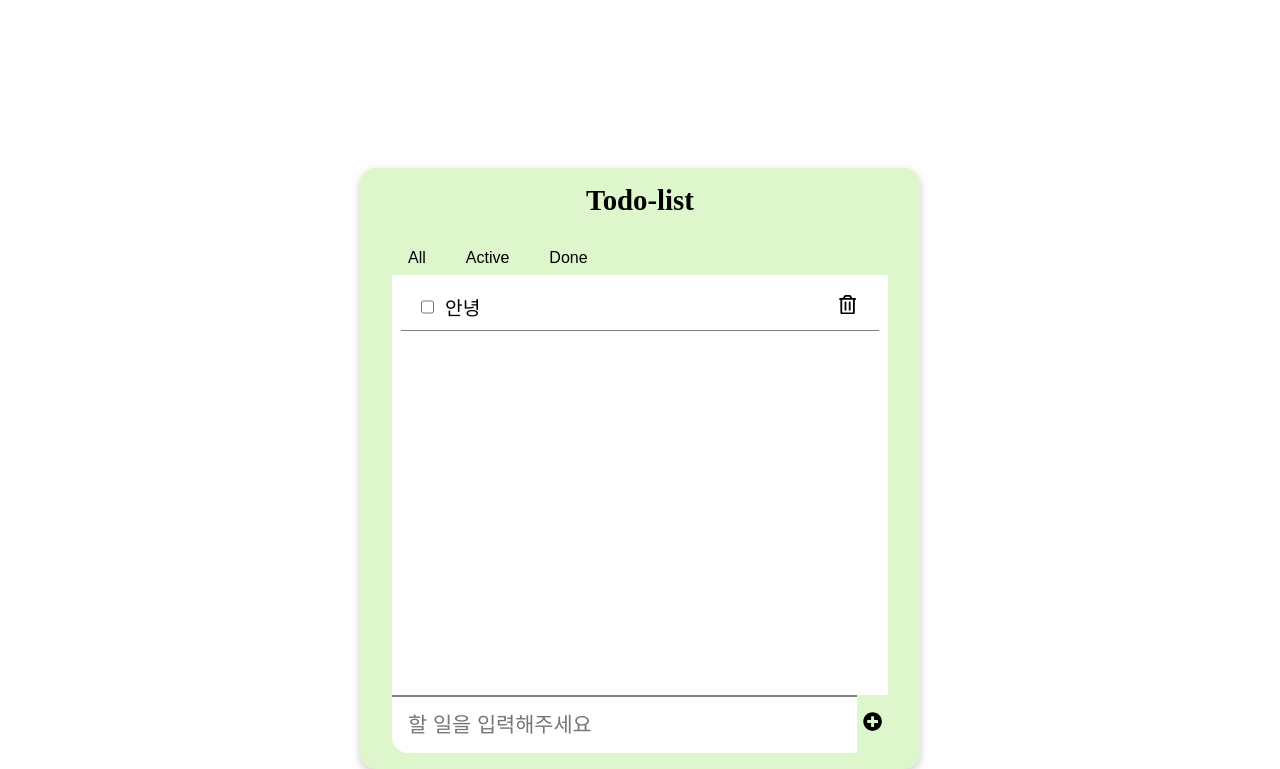
Repository: Yugayoung/todoList
Page: /
An editor plug-in stored every save of this project. The page is shown before and after the next save, followed by the edit.
The browser window is 1280 px wide. The pictures show the whole page.
Some web fonts or font styles are not loaded; a fallback is used. The project was rebuilt for these pictures with package versions that can differ from the ones it lists, and the page was loaded fresh each time. Also part of the build but not shown: src/App.css.

Above is the page before, as saved 2024-03-21 17:54:23.

After the next save:
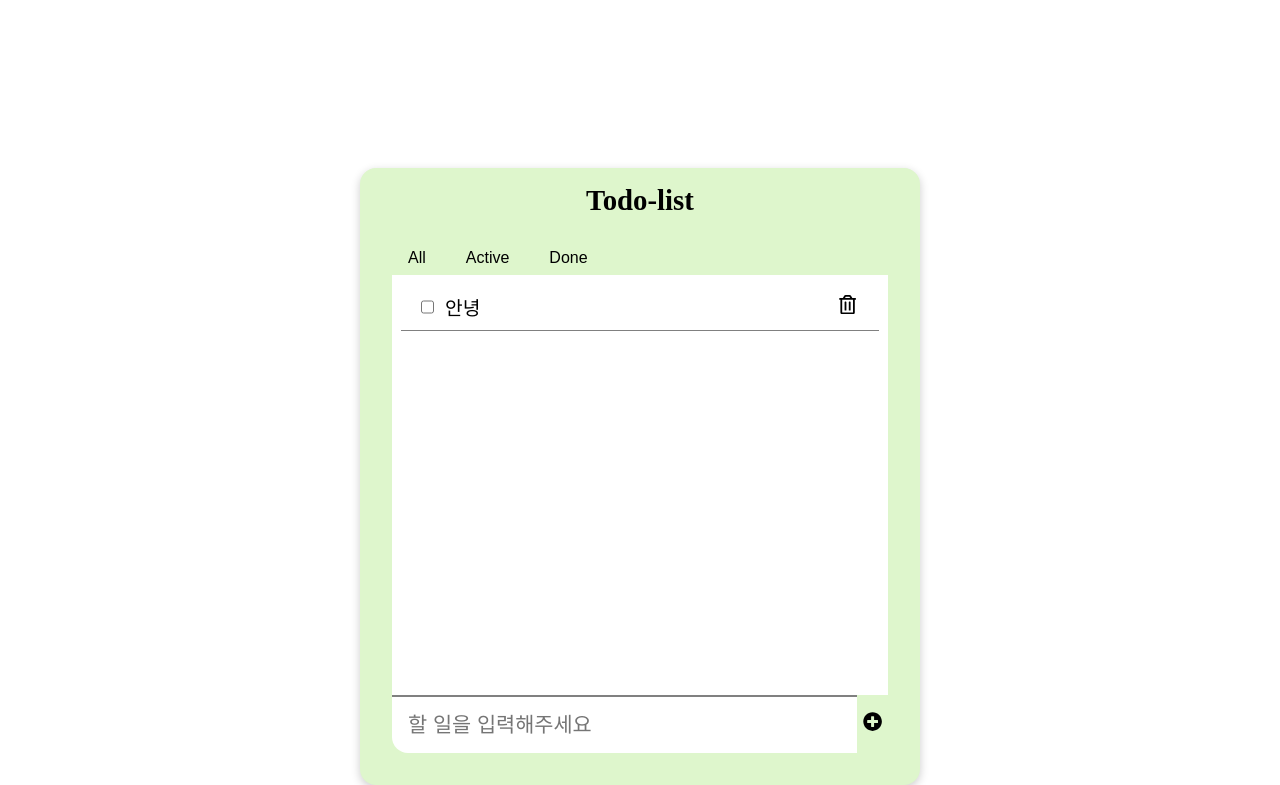
Saved 24 s later.
--- a/src/pages/todo.jsx
+++ b/src/pages/todo.jsx
@@ -64,7 +64,7 @@ const TodoUl = styled.ul`
 const InputForm = styled.form`
   background-color: transparent;
 
-  padding-bottom: 1rem;
+  padding-bottom: 2rem;
   width: 100%;
   display: flex;
 `;
